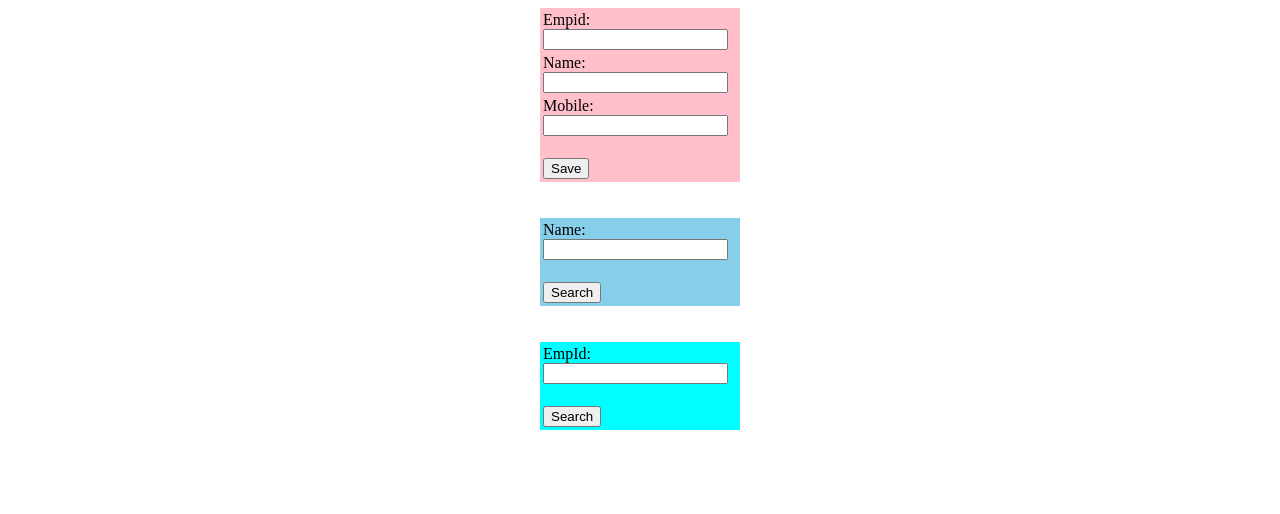
Repository: Suknaina/Repo
Page: MockServlet/src/main/webapp/Home.html
These files come from the project's save history. The page is drawn as it stood at one moment and after the next save; the edit follows.
The browser window is 1280 px wide. The pictures show the whole page.

Above is the page before, as saved 2023-05-23 17:28:17.

### MockServlet/src/main/webapp/Home.html
<!DOCTYPE html>
<html>
<head>
<meta charset="ISO-8859-1">
<title>Insert title here</title>
</head>
<body>
	<center>
		<form action="save" method="post">
			<table bgcolor="pink" width="200px">
				<tr>
					<td>Empid: <input type="number" name="empid"><br>
					</td>
				</tr>
				<tr>
					<td>Name: <input type="text" name="name"><br>
					</td>
				</tr>
				<tr>
					<td>Mobile: <input type="number" name="mobile"><br>
						<br>
					</td>
				</tr>
				<tr>
					<td>
						<button>Save</button>
					</td>
				</tr>
			</table>
		</form>
		<br>
		<form action="namesearch" method="post">
			<table bgcolor="skyblue" width="200px">
			<tr>
					<td>Name: <input type="text" name="name"><br><br>
					</td>
				</tr>
				<br>
				<tr>
					<td>
						<button>Search</button>
					</td>
				</tr>
			</table>
		</form>
		<br>
		<form action="empidsearch" method="post">
			<table bgcolor="cyan" width="200px">
			<tr>
					<td>EmpId: <input type="text" name="empid"><br><br>
					</td>
				</tr>
				<br>
				<tr>
					<td>
						<button>Search</button>
					</td>
				</tr>
			</table>
		</form>
	</center>
</body>
</html>

After the next save:
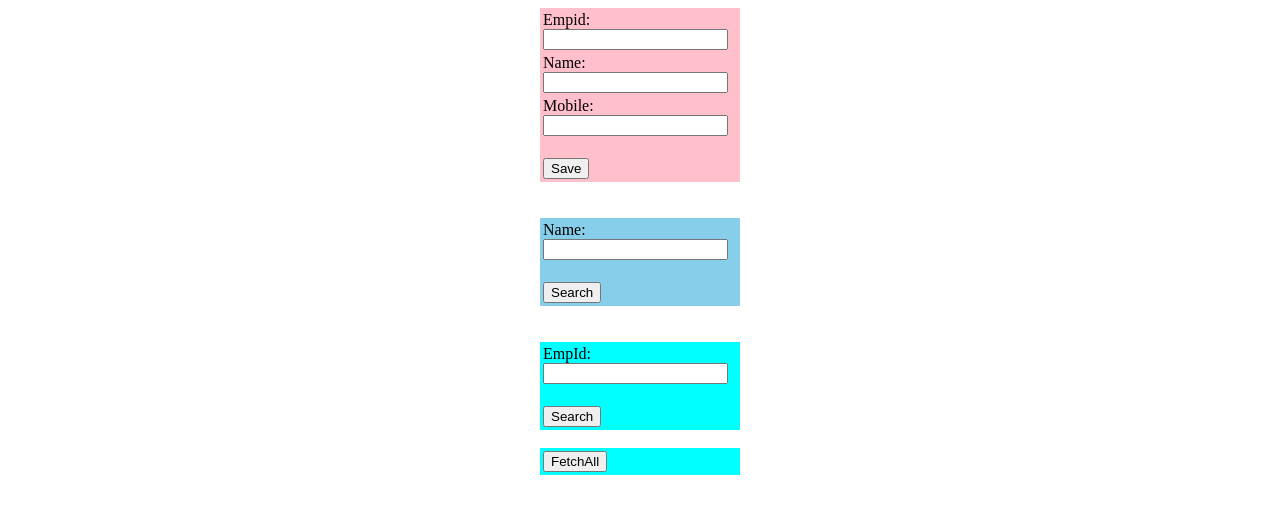
Saved 4 min 16 s later.
--- a/MockServlet/src/main/webapp/Home.html
+++ b/MockServlet/src/main/webapp/Home.html
@@ -58,6 +58,14 @@
 				</tr>
 			</table>
 		</form>
+		<br>
+		<table bgcolor="cyan" width="200px">
+		<tr>
+					<td>
+						<button>FetchAll</button>
+					</td>
+				</tr>
+		</table>
 	</center>
 </body>
 </html>
